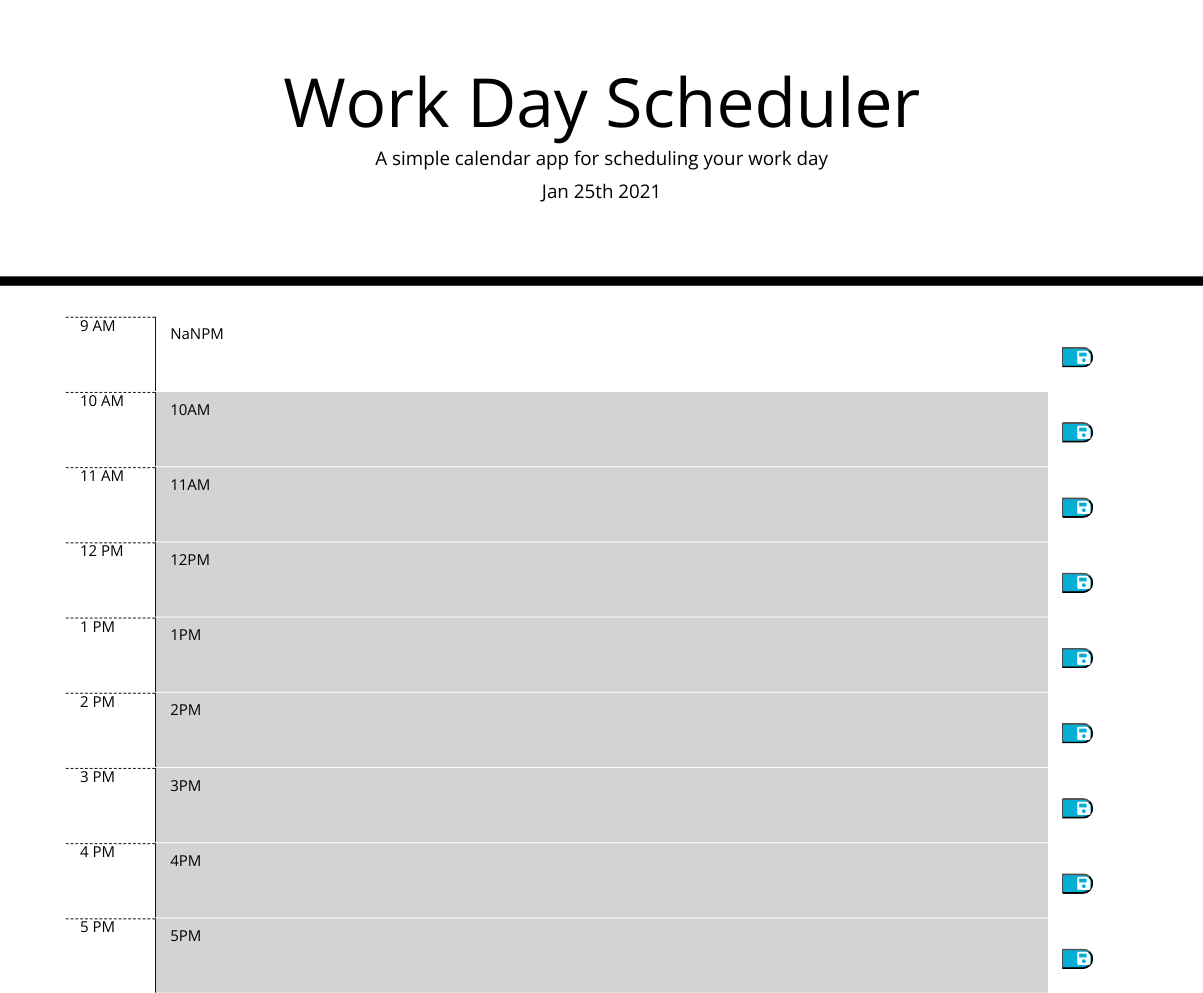
Repository: UPye/workDayScheduler
Page: index.html
The author's editor kept a copy of each file at every save. The page is drawn from the files as they stood at one save, then again after a run of saves.
The browser window is 1280 px wide. The pictures show the whole page, at 94% of full size.
Some web libraries are served in a nearby version.

Above is the page before, as saved 2021-01-25 22:00:30.

After the next 2 saves:
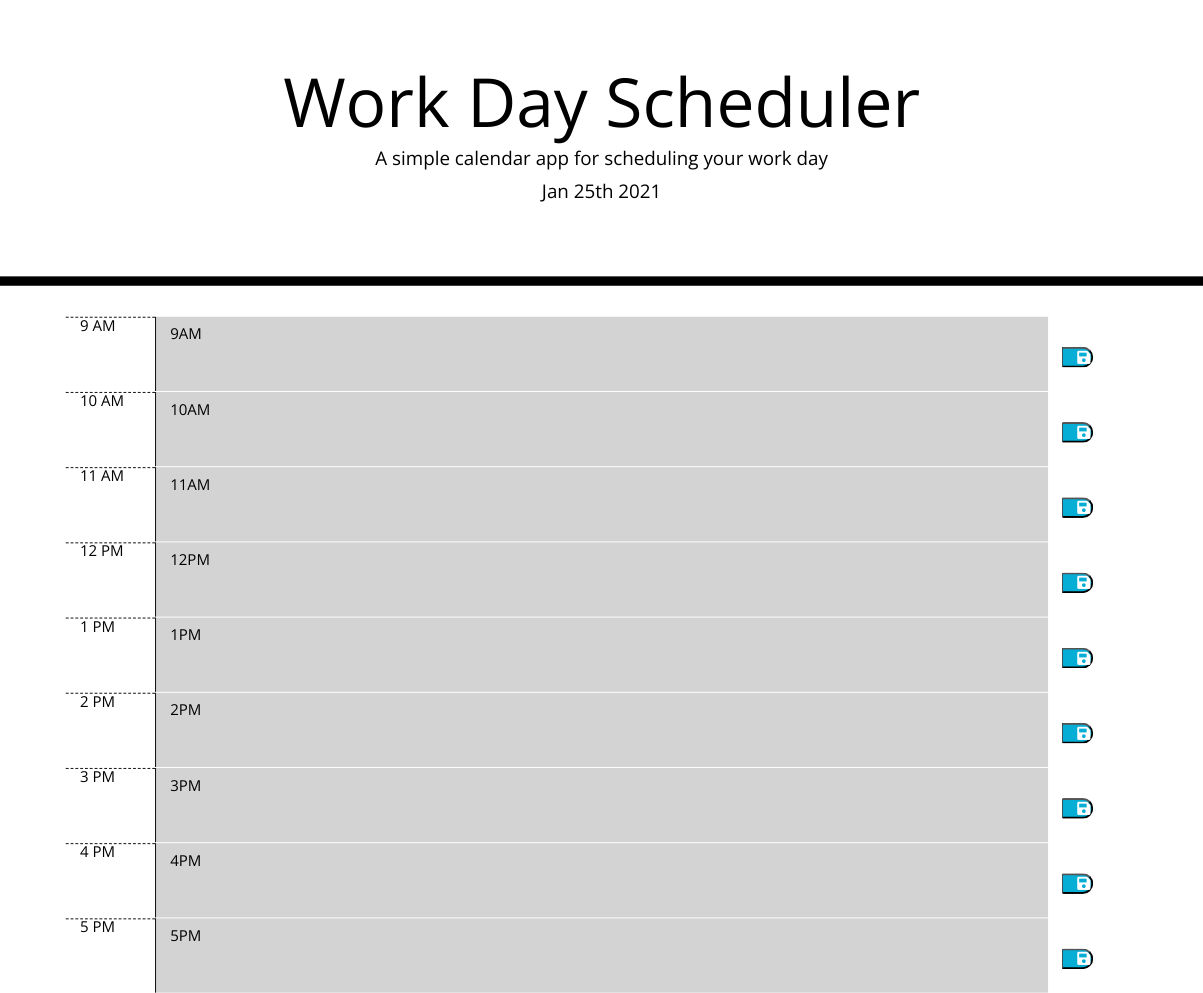
The 2 saves are shown as one change because they came seconds apart.
The last was saved 10 s later.
--- a/index.html
+++ b/index.html
@@ -33,7 +33,7 @@
     <main class="container">
       <section class="row timeblocks" id="ls">
         <div class="col-1 hour">9 AM</div>
-        <textarea id="hour-9" class="task col-10" name="server" autocomplete="off"></textarea>
+        <textarea id="hour-9" data-id="9" class="task col-10" name="server" autocomplete="off"></textarea>
         <div class="col-1 save">
           <button type="button" id="save-9" data-id="9" class="saveBtn col-1"><i class="fas fa-save"></i></button>
         </div>
